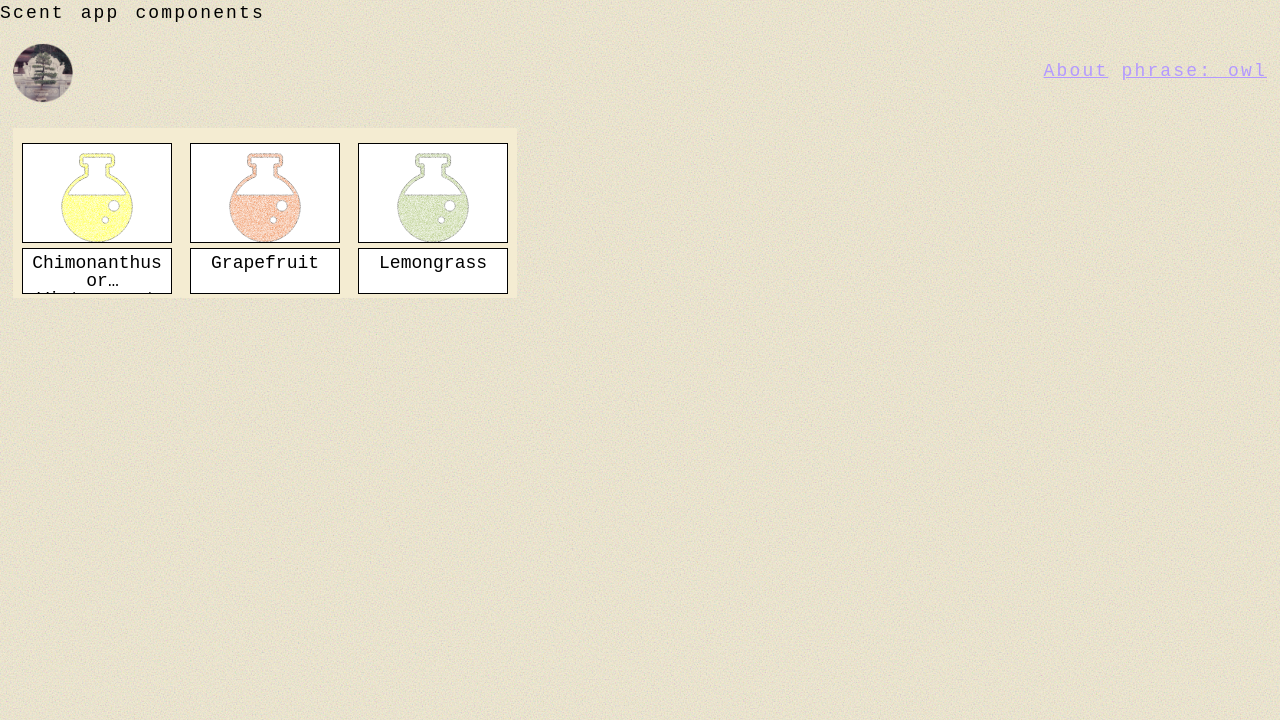
Repository: magiai/scent-app
Page: /
These files come from the project's save history. The page is drawn as it stood at one moment and after the next save; the edit follows.
The browser window is 1280 px wide. The pictures show the whole page.
The project was rebuilt for these pictures with package versions that can differ from the ones it lists, and the page was loaded fresh each time. The framework's server and built-in components were replaced by stand-ins that run in the browser.

Above is the page before, as saved 2022-11-30 14:53:18.

### pages/_app.tsx

import { Provider } from 'react-redux';
import type { AppProps } from 'next/app';
import { store } from '../app/store';
import '../styles/variables.css';
import '../styles/global.css';

function MyApp({ Component, pageProps
}: AppProps) {
    return (
        <Provider store={store}>
            <Component {...pageProps} />
        </Provider>
    )
}

export default MyApp

### pages/_document.js
import { Html, Head, Main, NextScript } from "next/document";

export default function Document() {
    return (
        <Html lang="en">
        <Head>
            <meta charset="utf-8" />
            <meta httpEquiv="X-UA-Compatible" content="IE=edge" />
            <meta name=" theme-color" content="#fff" />
            <meta name="viewport" content="width=device-width, initial-scale=1" />
            <meta name="robots" content="noindex, nofollow" />

            <title key="title">Scent app components</title>
            <link rel="icon" href="/favicon.ico"></link>
            <meta name="description" content="Application description"></meta>

            <noscript>Scent app components</noscript>
        </Head>
        <body>
            <svg
                className="svg__background"
                width='100%'
                height='100%'
                viewBox='0 0 100 100' xmlns='http://www.w3.org/2000/svg'>
                <filter id='noiseFilter' x="-75%" y="-100%" width="250%" height="300%">
                    <feTurbulence
                                type='fractalNoise'
                                baseFrequency='5'
                                numOctaves='10'
                                seed="10"
                                stitchTiles='stitch'/>
                </filter>

                <rect width='100%' height='100%' filter='url(#noiseFilter)'/>
            </svg>
            <Main />
            <NextScript />
        </body>
    </Html>
    )
}

### pages/index.tsx
import Head from 'next/head';
import Layout from '../components/Layout';
import { Scent } from '../components/scent/Scent';

export default function Home() {
  return (
    <Layout>
      <Head>
        <title key="title">Home</title>
      </Head>

      <main>
        <Scent liquidColor="yellow"
            label = "Chimonanthus or Wintersweet" />
        <Scent liquidColor="#e9702c"
                label = "Grapefruit" />
        <Scent liquidColor="#9db95d"
                label = "Lemongrass" />
      </main>

    </Layout>
  )
}

### app/store.ts
import searchEngineReducer from '../components/search/searchSlice';

import {
    Action,
    configureStore,
    ThunkAction,
  } from '@reduxjs/toolkit';

  export const store = configureStore({
    reducer: {
        searchEngine: searchEngineReducer,
    },
  });

  export type AppDispatch = typeof store.dispatch;
  export type RootState = ReturnType<typeof store.getState>;
  export type AppThunk<ReturnType = void> = ThunkAction<
     ReturnType,
     RootState,
     unknown,
     Action<string>
   >;

### styles/variables.css
:root {
    --font-family--base: 'Courier New', Courier, monospace;;
    --color--white: white;
    --color--black: black;
    --color--transparent: rgba(0, 0, 0, 0);

    --hue--base: 255;
    --saturation--base: 100%;
    --lightness--base: 80%;
    --opacity--base: 1;
    --color--lighten: 5%;
    --color--darken: 10%;
    --color--primary: hsla(var(--hue--base), var(--saturation--base), var(--lightness--base), var(--opacity--base));
    --color--primary--active: hsla(var(--hue--base),
                                    var(--saturation--base),
                                    calc(var(--lightness--base) + var(--color--lighten)),
                                    var(--opacity--base));

    --hue--secondary: 46;
    --saturation--secondary: 61%;
    --lightness--secondary: 89%;
    --color--secondary: hsla(var(--hue--secondary), var(--saturation--secondary), var(--lightness--secondary), var(--opacity--base));
    --color--secondary--active: hsla(var(--hue--secondary),
                                var(--saturation--secondary),
                                calc(var(--lightness--secondary) + var(--color--lighten)),
                                var(--opacity--base));

    --hue--error: 360;
    --hue--success: 130;
    --hue--information: 230;
    --color--disabled: hsla(var(--hue--information), 0, calc(var(--lightness--base) - var(--color--darken)), var(--opacity--base));
    --color--information: hsla(var(--hue--information), var(--saturation--base), var(--lightness--base), var(--opacity--base));
    --color--success: hsla(var(--hue--success), var(--saturation--base), var(--lightness--base), var(--opacity--base));
    --color--error: hsla(var(--hue--error), var(--saturation--base), var(--lightness--base), var(--opacity--base));

    --background-color: var(--color--secondary);

    --spacing__ratio: 1.414;
    --spacing__ratio--desktop: 1.618;
    --space--base: 0.5rem;
    --space--xs: var(--space--base);
    --space--s: calc(var(--space--xs) * var(--spacing__ratio));
    --space--m: calc(var(--space--s) * var(--spacing__ratio));
    --space--l: calc(var(--space--m) * var(--spacing__ratio));
    --space--xl: calc(var(--space--l) * var(--spacing__ratio));

    --font-size__ratio: 1.20;
    --font-size__ratio--desktop: 1.333;
    --font-size--base: 1.8rem;
    --font-size--h4: calc(var(--font-size--base) * var(--font-size__ratio));
    --font-size--h3: calc(var(--font-size--h4) * var(--font-size__ratio));
    --font-size--h2: calc(var(--font-size--h3) * var(--font-size__ratio));
    --font-size--h1: calc(var(--font-size--h2) * var(--font-size__ratio));

    --input__height: 4rem;
    --input__border__width: 0.1rem;
    --input__border__style: solid;
    --input__border__color: var(--color--primary);
    --input__border: var(--input__border__width) var(--input__border__style) var(--input__border__color);
    --form-control__color: var(--color--secondary);
    --select__height: 3.4rem;
    --select--focus__color: var(--color--primary);
    --select__arrow__color: var(--input__border__color);

    --svg__button__width: 15rem;
    --svg__button__height: 10rem;
    --button__border__width: 0.1rem;
    --button--svg__label__height: 4.6rem;
}

@media only screen and (min-width: 768px) {
    :root {
        --font-size__ratio: var(--font-size__ratio--desktop);
        --spacing__ratio: var(--spacing__ratio--desktop);
    }
}

### styles/global.css
html {
    font-size: 62.5%;
}

*,
*:before,
*:after {
    box-sizing: border-box;
}

body {
    font-family: var(--font-family--base);
    font-size: var(--font-size--base);
    line-height: 1.5;
	letter-spacing: 0.12em;
	word-spacing: 0.16em;
    color: var(--color--black);
    background-color: var(--background-color);
    margin: 0;
    position: relative;
    min-height: 100vh;
}

@media (prefers-reduced-motion: reduce) {
	*,
	*::before,
	*::after {
		animation-duration: 0.01ms !important;
		animation-iteration-count: 1 !important;
		transition-duration: 0.01ms !important;
		scroll-behavior: auto !important;
	}
}

.svg__background {
	position: absolute;
	top: 0;
	left: 0;
	opacity: 0.4;
    z-index: -1;
}

p,
li,
h1, h2, h3, h4, h5 {
  overflow-wrap: break-word;
  hyphens: auto;
  margin-bottom: 0.65em;
}

h1 {
    font-size: var(--font-size--h1);
}

h2 {
    font-size: var(--font-size--h2);
}

h3 {
    font-size: var(--font-size--h3);
}

h4 {
    font-size: var(--font-size--h4);
}

h5 {
    font-size: var(--font-size--h5);
}

a {
    color: var(--color--primary);
    padding-top: var(--space--s);
    padding-bottom: var(--space--s);
}

a:hover, a:active, a:focus {
    color: var(--color--primary--active);
}

button {
    font-size: max(var(--font-size--base), 1em);
    font-family: inherit;
    padding: 0.25em 0.5em;
    background-color: var(--color--secondary);
    border-radius: 0.1rem;
    border: var(--button__border);
    line-height: 1;
}

### components/Layout.tsx
import React from 'react';
import Footer from './Footer';
import Header from './Header';
import styles from './layout.module.css'

export default function Layout({
  children,
  home
}: {
  children: React.ReactNode
  home?: boolean
}) {
    return (
        <div className = {styles.container}>
            <Header/>
            {children}
            {/* <Footer/> */}
        </div>
    );
}

### components/scent/Scent.tsx
import React, { useState } from 'react';
import styles from './scent.module.css';
import { ScentImage } from './ScentImage';
import { ScentLabel } from './ScentLabel';

interface ScentProps {
    liquidColor: string;
    label: string;
}

export const Scent = ({
    liquidColor,
    label,
    ...props
}: ScentProps) => {
    //check with useContext
    // const mode: string = visibleBottle ? 'bottle--visible' : 'bottle--hidden';
    const [isScentChosen, setChosenScent] = useState<boolean>(false)

    const handleButtonClick = (event) => {
        // addScentToComposition(label, liquidColor)
        setChosenScent(prevScentState => !prevScentState)
    }

    console.log(isScentChosen)

    // const handleButtonClick = () => setChosenScent(!isScentChosen)
    // console.log(isScentChosen)

    return (
        <button
            type="button"
            className={styles[`button--scent ${isScentChosen ? 'chosen' : ''}`]}
            {...props}
            onClick = { handleButtonClick }>

            <ScentImage liquidColor = { liquidColor } />
            <ScentLabel label = { label } />
        </button>
    );
};

### components/search/searchSlice.ts
import {
    createSlice,
    PayloadAction,
  } from '@reduxjs/toolkit';
  import type { RootState } from '../../app/store';

  export type SearchEngineState = {
    value: string;
  };

  const initialState: SearchEngineState = {
    value: 'owl',
  };

  export const searchEngineSlice = createSlice({
    name: 'searchEngine',
    initialState,

    reducers: {

      setSearchedPhrase: (state, action: PayloadAction<string>) => {
        state.value = action.payload;
      },
    },
  });

  export const {
    setSearchedPhrase,
  } = searchEngineSlice.actions;

  export const selectSearch = (state: RootState) => state.searchEngine.value;

  export default searchEngineSlice.reducer;

### components/Header.tsx
import Link from 'next/link';
import Image from 'next/image';
import styles from './header.module.css';
import { useAppSelector } from '../app/hooks';
import { selectSearch } from './../components/search/searchSlice';

export default function Header() {
    const selectPhrase = useAppSelector(selectSearch);

    return (
        <header className = {styles.header}>
            <nav className = {styles.navigation}>
                <Link href="/">
                    <a>
                        <Image
                            src = "/images/logo.png"
                            height = {60}
                            width = {60}
                            alt = "Logo"
                        />
                    </a>
                </Link>
                <ul className = { styles.navigationList }>
                    <li>
                        <Link href="/about">
                            <a>About</a>
                        </Link>
                    </li>
                    <li>
                        <Link href="/about">
                            <a>phrase: {selectPhrase} </a>
                        </Link>
                    </li>
                </ul>
            </nav>
        </header>
    );
}

### components/layout.module.css
.container {
    padding-left: var(--space--m);
    padding-right: var(--space--m);
}

### components/scent/scent.module.css
.svg--bottle,
.button--scent {
    border-top-width: var(--button__border__width);
    border-left-width: var(--button__border__width);
    border-bottom-width: var(--button__border__width);
    border-color: black;
    border-style: solid;
}

.button--scent {
    border-right-width: 0rem;
    color: black;
    transition-property: transform;
    transition-duration: 250ms;
    transition-timing-function: ease-out;
}

.button--scent:active,
.button--scent:focus,
.button--scent:hover,
.button--scent.chosen {
    background-color: rgba(87, 69, 58, 0.7);
}

svg.svg--bottle {
    display: flex;
    width: var(--svg__button__width);
    height: var(--svg__button__height);
    margin-top: 1rem;
    background-color: white;
    border-right-width: var(--button__border__width);
}

#bottle__path {
    stroke: black;
    stroke-width: 0.3rem;
    transform-origin: bottom center;
    transform: scale(0.9);
}

.button--scent:active #bottle__path,
.button--scent:focus #bottle__path,
.button--scent:hover #bottle__path,
.button--scent.chosen #bottle__path {
    transform: rotateZ(20deg) translateX(0%) translateY(-3%) scale(0.9);
}

.button--svg__label {
    border: 1px solid black;
    height: var(--button--svg__label__height);
    width: var(--svg__button__width);
    margin-top: var(--space--xs);
    background-color: white;
    display: -webkit-box;
    -webkit-line-clamp: 2;
    -webkit-box-orient: vertical;
    overflow: hidden;
    padding-top: var(--space--xs);
    padding-bottom: calc(var(--space--xs) / 2);
    /* text-shadow: 0px 0px 0.2rem black, -0.05rem -0.05rem 0.02rem; */
    transition-property: height;
    transition-duration: 200ms;
    transition-timing-function: ease-in;
}

.button--scent:hover .button--svg__label {
    height: auto;
    min-height: var(--button--svg__label__height);
    overflow: visible;
    -webkit-line-clamp: 5;
}

### components/scent/ScentImage.tsx
import React from 'react';
import styles from './scent.module.css';

interface ScentImageProps {
    liquidColor: string;
}

export const ScentImage = ({
    liquidColor
}: ScentImageProps) => {
    //check with useContext
    // const mode: string = visibleBottle ? 'bottle--visible' : 'bottle--hidden';

    return (
            <svg
                className={ styles['svg--bottle'] }
                xmlns="http://www.w3.org/2000/svg"
                version="1.1"
                x="0px"
                y="0px"
                viewBox="0 0 362.664 362.664">

                <filter id='noiseFilter' x="-10%" y="-10%" width="120%" height="120%">
                    <feTurbulence
                        type='fractalNoise'
                        baseFrequency='5'
                        numOctaves='10'
                        seed="10"
                        stitchTiles='stitch'
                    />
                </filter>

                <mask id="gradient-mask">
                    <rect width='100%' height='100%' filter='url(#noiseFilter)'/>
                </mask>

                <path id={ styles['bottle__path'] }
                    fill={ liquidColor }
                    d="M326.197,217.684c0-14.664-2.472-29.243-7.346-43.334l-1.63-4.711h-0.119c-4.807-12.383-11.477-24.266-19.923-35.369     c-16.07-21.126-37.974-38.302-62.301-48.985c-1.015-0.446-3.057-1.059-3.057-4.892l-0.392-25.177h6.549     c8.759,0,15.886-7.126,15.886-15.885V15.886C253.864,7.127,246.738,0,237.978,0H125.686c-8.759,0-15.885,7.127-15.885,15.886     v23.445c0,8.759,7.126,15.885,15.885,15.885h5.625L131.23,80.06c0,3.75-2.221,4.689-3.323,5.172     c-24.308,10.644-46.197,27.762-62.283,48.842c-8.515,11.159-15.232,23.107-20.067,35.564h-0.119l-1.629,4.712     c-4.872,14.089-7.342,28.668-7.342,43.333c0,0.018,0,0.036,0,0.053c0,0.021,0,0.042,0,0.063     c0,79.879,64.986,144.865,144.865,144.865s144.865-64.986,144.865-144.865c0-0.021,0-0.042,0-0.063     C326.197,217.72,326.197,217.702,326.197,217.684z M202.109,272.231c0-7.348,5.957-13.305,13.305-13.305     s13.305,5.957,13.305,13.305s-5.957,13.305-13.305,13.305S202.109,279.579,202.109,272.231z M228.718,213.922     c0-12.15,9.85-22,22-22s22,9.85,22,22s-9.85,22-22,22S228.718,226.072,228.718,213.922z M140.66,95.165     c0,0,4.543-2.022,4.543-7.522c0-9.792,0.127-27.917,0.127-39.166c0-7.5-6.831-7.261-6.831-7.261h-12.813     c-1.022,0-1.885-0.863-1.885-1.885V15.886c0-1.022,0.863-1.886,1.885-1.886h112.292c1.022,0,1.886,0.864,1.886,1.886v23.445     c0,1.022-0.864,1.885-1.886,1.885h-13.146c0,0-7.473,0.552-7.473,8.929c0,10.874,0.592,28.679,0.592,38.241     c0,5.757,4.469,6.934,4.469,6.934c32.593,12.269,59.116,36.124,74.668,64.853c1.679,3.102,4.577,9.466-4.089,9.466h-225.5     c-6.833,0-3.513-6.596-1.764-9.807C81.372,131.122,107.979,107.339,140.66,95.165z"
                    mask='url(#gradient-mask)'></path>
            </svg>
    );
};

### components/scent/ScentLabel.tsx
import React from 'react';
import styles from './scent.module.css';

interface ScentLabelProps {
    label: string;
}

export const ScentLabel = ({
    label
}: ScentLabelProps) => {

    return (
        <span className={ styles['button--svg__label'] }>{ label }</span>
    );
};

### components/header.module.css
.header {
    padding-top: var(--space--s);
    padding-bottom: var(--space--s);
}

.navigation {
    width: 100%;
    display: flex;
    flex-direction: row;
    justify-content: space-between;
    align-items: center;
}

.navigationList {
    display: flex;
}

.navigationList li {
    list-style: none;
}

.navigationList li:not(:last-of-type) {
    margin-right: var(--space--m);
}

### app/hooks.ts
import {
    TypedUseSelectorHook,
    useDispatch,
    useSelector,
  } from 'react-redux';
  import type {
    AppDispatch,
    RootState,
  } from './store';

  export const useAppDispatch = () => useDispatch<AppDispatch>();
  export const useAppSelector: TypedUseSelectorHook<RootState> = useSelector;

After the next save:
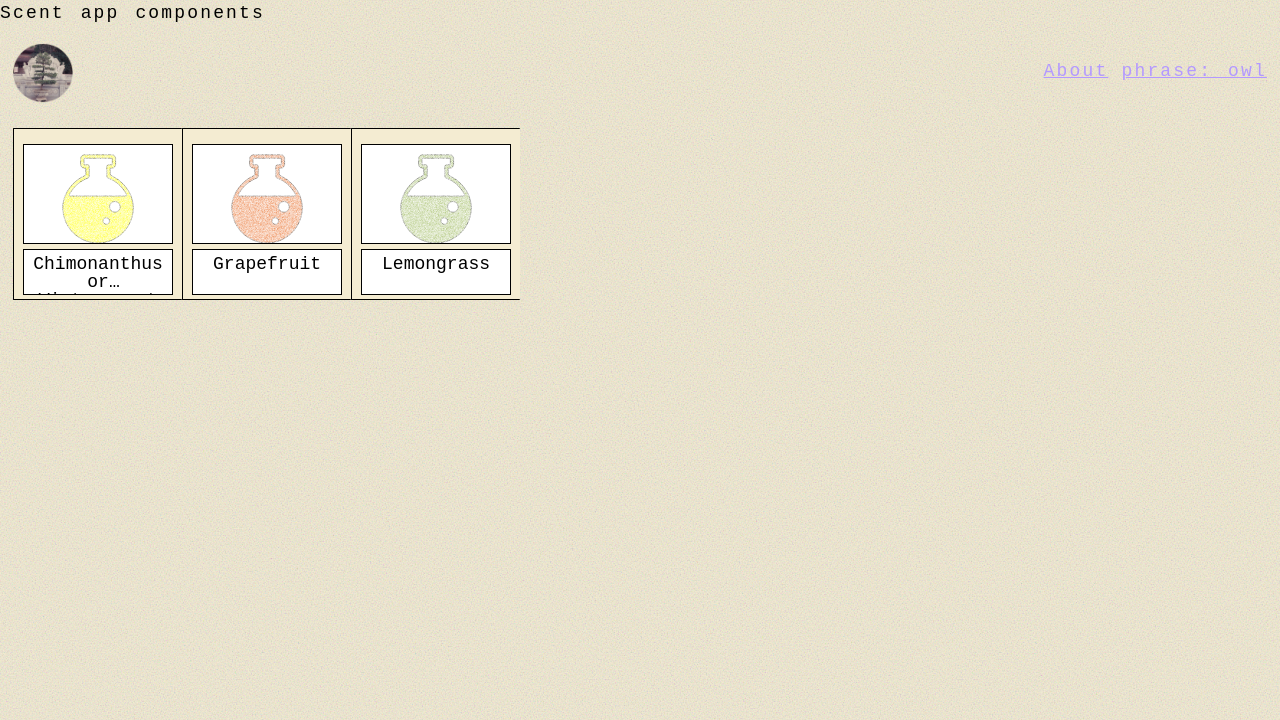
Saved 18 s later.
--- a/components/scent/Scent.tsx
+++ b/components/scent/Scent.tsx
@@ -30,7 +30,7 @@
     return (
         <button
             type="button"
-            className={styles[`button--scent ${isScentChosen ? 'chosen' : ''}`]}
+            className={styles[`button--scent`]}
             {...props}
             onClick = { handleButtonClick }>
 

After the save that followed:
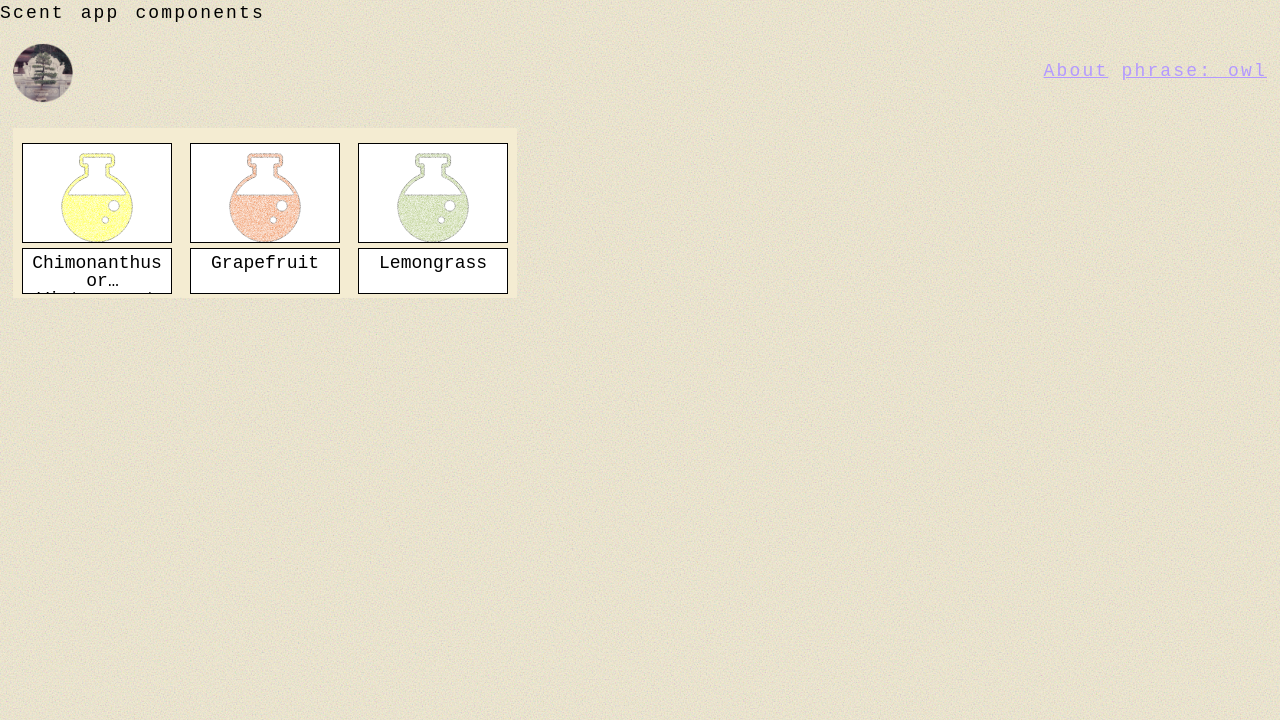
Saved 75 s later.
--- a/components/scent/Scent.tsx
+++ b/components/scent/Scent.tsx
@@ -23,6 +23,7 @@
     }
 
     console.log(isScentChosen)
+    const buttonChosenClass = isScentChosen ? 'chosen' : ''
 
     // const handleButtonClick = () => setChosenScent(!isScentChosen)
     // console.log(isScentChosen)
@@ -30,7 +31,7 @@
     return (
         <button
             type="button"
-            className={styles[`button--scent`]}
+            className={styles[`button--scent ${buttonChosenClass}`]}
             {...props}
             onClick = { handleButtonClick }>
 
